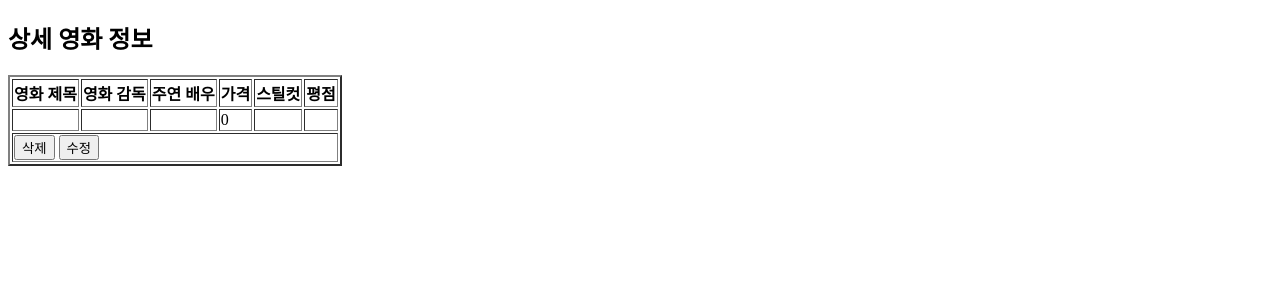
Repository: shinymusket/ideal-memory2
Page: http://localhost/homework10/MIS
These files come from the project's save history. The page is drawn as it stood at one moment and after the next save; the edit follows.
The browser window is 1280 px wide. The pictures show the whole page.
The page is served by Tomcat 9. Other server files are loaded and not shown. Queries for data that is not in the repository find no rows.

Above is the page before, as saved 2022-06-17 05:03:27.

### homework10/WebContent/movieInfo.jsp
<%@ page language="java" contentType="text/html; charset=UTF-8"
    pageEncoding="UTF-8"%>
<!DOCTYPE html>
<html>
<head>
<meta charset="UTF-8">
<title>상세 영화 정보 페이지</title>
</head>
<body>
	<h2>상세 영화 정보</h2>
	<table border="2">
		<tr>
			<th>영화 제목</th>
			<th>영화 감독</th>
			<th>주연 배우</th>
			<th>가격</th>
			<th>스틸컷</th>
			<th>평점</th>
		</tr>
		<tr>
			<td>${movie.movieName}</td>
			<td>${movie.movieDirector}</td>
			<td>${movie.leadingActor}</td>
			<td>${movie.moviePrice}</td>
			<td>
				<img src="${movie.stillCutPath}" alter="stillCut">
			</td>
			<td>${movie.grade}</td>
		</tr>
		<tr>
			<td colspan="6">
				<input type="button" onclick="location.href='MD?movieCode=${movie.movieCode}';" value="삭제">
				<input type="button" onclick="location.href='MA?movieCode=${movie.movieCode}';" value="수정">
			</td>
		</tr>
	</table>
</body>
</html>

### homework10/src/com/green/servlet/MovieInfoServlet.java
package com.green.servlet;

import java.io.IOException;

import javax.servlet.ServletException;
import javax.servlet.annotation.WebServlet;
import javax.servlet.http.HttpServlet;
import javax.servlet.http.HttpServletRequest;
import javax.servlet.http.HttpServletResponse;

import com.green.dao.MovieDAO;
import com.green.vo.MovieVO;


@WebServlet("/MIS")
public class MovieInfoServlet extends HttpServlet {
	protected void doGet(HttpServletRequest request, HttpServletResponse response) throws ServletException, IOException {
		request.setCharacterEncoding("UTF-8");
		String movieCode = request.getParameter("movieCode");
		MovieDAO dao = MovieDAO.getInstance();
		MovieVO mVo = new MovieVO();

		mVo = dao.getMovieInfo(movieCode);
		request.setAttribute("movie", mVo);
		request.getRequestDispatcher("movieInfo.jsp").forward(request, response);

	}

	protected void doPost(HttpServletRequest request, HttpServletResponse response) throws ServletException, IOException {

	}

}

### homework10/src/com/green/dao/MovieDAO.java
package com.green.dao;

import java.sql.Connection;
import java.sql.PreparedStatement;
import java.sql.ResultSet;
import java.sql.Statement;
import java.util.ArrayList;

import javax.naming.Context;
import javax.naming.InitialContext;
import javax.sql.DataSource;

import com.green.vo.MovieVO;

import oracle.jdbc.proxy.annotation.GetCreator;


public class MovieDAO {
	private MovieDAO() {}
	private static MovieDAO dao = new MovieDAO();
	public static MovieDAO getInstance() {
		return dao;
	}

	public Connection getConnection() throws Exception {
		Connection conn = null;
		Context initContext = new InitialContext();
		Context envContext  = (Context)initContext.lookup("java:/comp/env");
		DataSource ds = (DataSource)envContext.lookup("jdbc/myoracle");
		conn = ds.getConnection();

		return conn;
	}

	// 1. 영화 목록을 가져오는 메서드
	public ArrayList<MovieVO> getMoiveList() {
		ArrayList<MovieVO> movieList = new ArrayList<>();

		Connection conn = null;
		Statement stmt = null;
		ResultSet rs = null;

		String sql = "SELECT * FROM MovieInfoTbl";

		try {
			conn = getConnection();
			stmt = conn.createStatement();
			rs = stmt.executeQuery(sql);

			while (rs.next()) {
				MovieVO mVo = new MovieVO();
				String movieCode = rs.getString("MovieCode");
				String movieName = rs.getString("MovieName");
				String movieDirector = rs.getString("MovieDirector");
				String leadingActor = rs.getString("LeadingActor");
				int moviePrice = Integer.parseInt(rs.getString("MoviePrice"));
				String stillCutPath = rs.getString("StillCutPath");
				Double grade = rs.getDouble("grade");

				mVo.setMovieCode(movieCode);
				mVo.setMovieName(movieName);
				mVo.setMovieDirector(movieDirector);
				mVo.setLeadingActor(leadingActor);
				mVo.setMoviePrice(moviePrice);
				mVo.setStillCutPath(stillCutPath);
				mVo.setGrade(grade);

				movieList.add(mVo);
			}


		} catch(Exception e) {
			e.printStackTrace();
		} finally {
			try {
				if (rs != null) rs.close();
				if (stmt != null) stmt.close();
				if (conn != null) conn.close();

			} catch(Exception e) {
				e.printStackTrace();
			}
		}

		return movieList;
	}

	// 2. 영화를 등록하는 메서드
	public void regMovie(MovieVO mVo) {
		Connection conn = null;
		PreparedStatement psmt = null;

		String sql = "INSERT INTO MovieInfoTbl VALUES (MCODE_SEQ.nextval, ?, ?, ?, ?, ?, ?)";

		try {
			conn = getConnection();
			psmt = conn.prepareStatement(sql);

			psmt.setString(1, mVo.getMovieName());
			psmt.setString(2, mVo.getMovieDirector());
			psmt.setString(3, mVo.getLeadingActor());
			psmt.setInt(4, mVo.getMoviePrice());
			psmt.setString(5, mVo.getStillCutPath());
			psmt.setDouble(6, mVo.getGrade());

			psmt.executeUpdate();

		} catch(Exception e) {
			e.printStackTrace();
		} finally {
			try {
				if (psmt != null) psmt.close();
				if (conn != null) conn.close();
			} catch(Exception e) {
				e.printStackTrace();
			}
		}


	}

	// 3. 영화 코드로 정보 가져오기
	public MovieVO getMovieInfo(String movieCode) {
		MovieVO mVo = new MovieVO();

		Connection conn = null;
		PreparedStatement psmt = null;
		ResultSet rs = null;

		String sql = "SELECT * FROM MovieInfoTbl WHERE moviecode=?";

		try {
			conn = getConnection();
			psmt = conn.prepareStatement(sql);

			psmt.setString(1, movieCode);

			rs = psmt.executeQuery();

			if (rs.next()) {
				String movieName = rs.getString("MovieName");
				String movieDirector = rs.getString("MovieDirector");
				String leadingActor = rs.getString("LeadingActor");
				int moviePrice = Integer.parseInt(rs.getString("MoviePrice"));
				String stillCutPath = rs.getString("StillCutPath");
				Double grade = rs.getDouble("grade");


				mVo.setMovieCode(movieCode);
				mVo.setMovieName(movieName);
				mVo.setMovieDirector(movieDirector);
				mVo.setLeadingActor(leadingActor);
				mVo.setMoviePrice(moviePrice);
				mVo.setStillCutPath(stillCutPath);
				mVo.setGrade(grade);
			}



		} catch(Exception e) {
			e.printStackTrace();
		} finally {
			try {
				if (rs != null) rs.close();
				if (psmt != null) psmt.close();
				if (conn != null) conn.close();

			} catch(Exception e) {
				e.printStackTrace();
			}
		}


		return mVo;
	}

	// 4. 영화 코드로 영화 삭제하기
	public void deleteMovie(String movieCode) {
		Connection conn = null;
		PreparedStatement psmt = null;

		String sql = "DELETE MovieInfoTbl WHERE moviecode=?";

		try {
			conn = getConnection();
			psmt = conn.prepareStatement(sql);

			psmt.setString(1, movieCode);

			psmt.executeUpdate();

		} catch(Exception e) {
			e.printStackTrace();
		} finally {
			try {
				if (psmt != null) psmt.close();
				if (conn != null) conn.close();
			} catch(Exception e) {
				e.printStackTrace();
			}
		}


	}

	// 5. 영화 정보 수정하기
	public void alterMovie(MovieVO mVo) {
		Connection conn = null;
		PreparedStatement psmt = null;

		String sql = "UPDATE MovieInfoTbl SET movieName=?, movieDirector=?,  LeadingActor=?, MoviePrice=?, StillCutPath=?, grade=? WHERE moviecode=?";

		try {
			conn = getConnection();
			psmt = conn.prepareStatement(sql);

			psmt.setString(1, mVo.getMovieName());
			psmt.setString(2, mVo.getMovieDirector());
			psmt.setString(3, mVo.getLeadingActor());
			psmt.setInt(4, mVo.getMoviePrice());
			psmt.setString(5, mVo.getStillCutPath());
			psmt.setDouble(6, mVo.getGrade());
			psmt.setString(7, mVo.getMovieCode());

			psmt.executeUpdate();

		} catch(Exception e) {
			e.printStackTrace();
		} finally {
			try {
				if (psmt != null) psmt.close();
				if (conn != null) conn.close();
			} catch(Exception e) {
				e.printStackTrace();
			}
		}


	}
}

### homework10/src/com/green/vo/MovieVO.java
package com.green.vo;

import java.io.Serializable;

public class MovieVO implements Serializable {
	private String movieCode;
	private String movieName;
	private String movieDirector;
	private String leadingActor;
	private int moviePrice;
	private String stillCutPath;
	private Double grade;

	public String getMovieCode() {
		return movieCode;
	}
	public void setMovieCode(String movieCode) {
		this.movieCode = movieCode;
	}
	public String getMovieName() {
		return movieName;
	}
	public void setMovieName(String movieName) {
		this.movieName = movieName;
	}
	public String getMovieDirector() {
		return movieDirector;
	}
	public void setMovieDirector(String movieDirector) {
		this.movieDirector = movieDirector;
	}
	public String getLeadingActor() {
		return leadingActor;
	}
	public void setLeadingActor(String leadingActor) {
		this.leadingActor = leadingActor;
	}
	public int getMoviePrice() {
		return moviePrice;
	}
	public void setMoviePrice(int moviePrice) {
		this.moviePrice = moviePrice;
	}
	public String getStillCutPath() {
		return stillCutPath;
	}
	public void setStillCutPath(String stillCutPath) {
		this.stillCutPath = stillCutPath;
	}
	public Double getGrade() {
		return grade;
	}
	public void setGrade(Double grade) {
		this.grade = grade;
	}

}

After the next save:
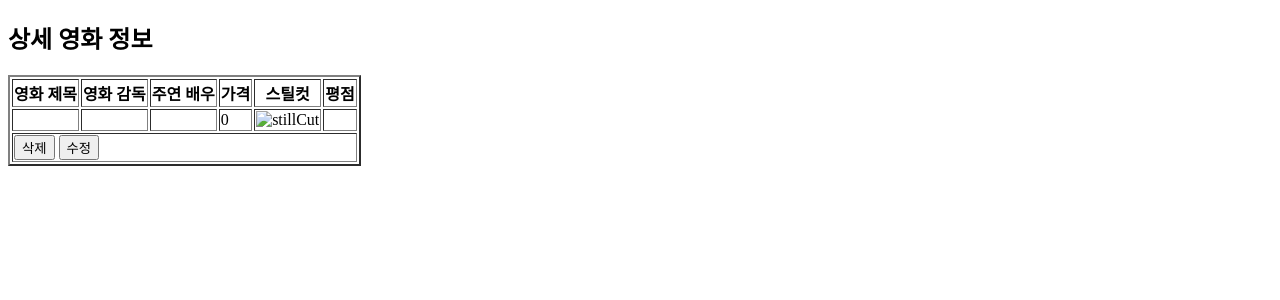
Saved 74 s later.
--- a/homework10/WebContent/movieInfo.jsp
+++ b/homework10/WebContent/movieInfo.jsp
@@ -23,7 +23,7 @@
 			<td>${movie.leadingActor}</td>
 			<td>${movie.moviePrice}</td>
 			<td>
-				<img src="${movie.stillCutPath}" alter="stillCut">
+				<img src="${movie.stillCutPath}" alt="stillCut">
 			</td>
 			<td>${movie.grade}</td>
 		</tr>
